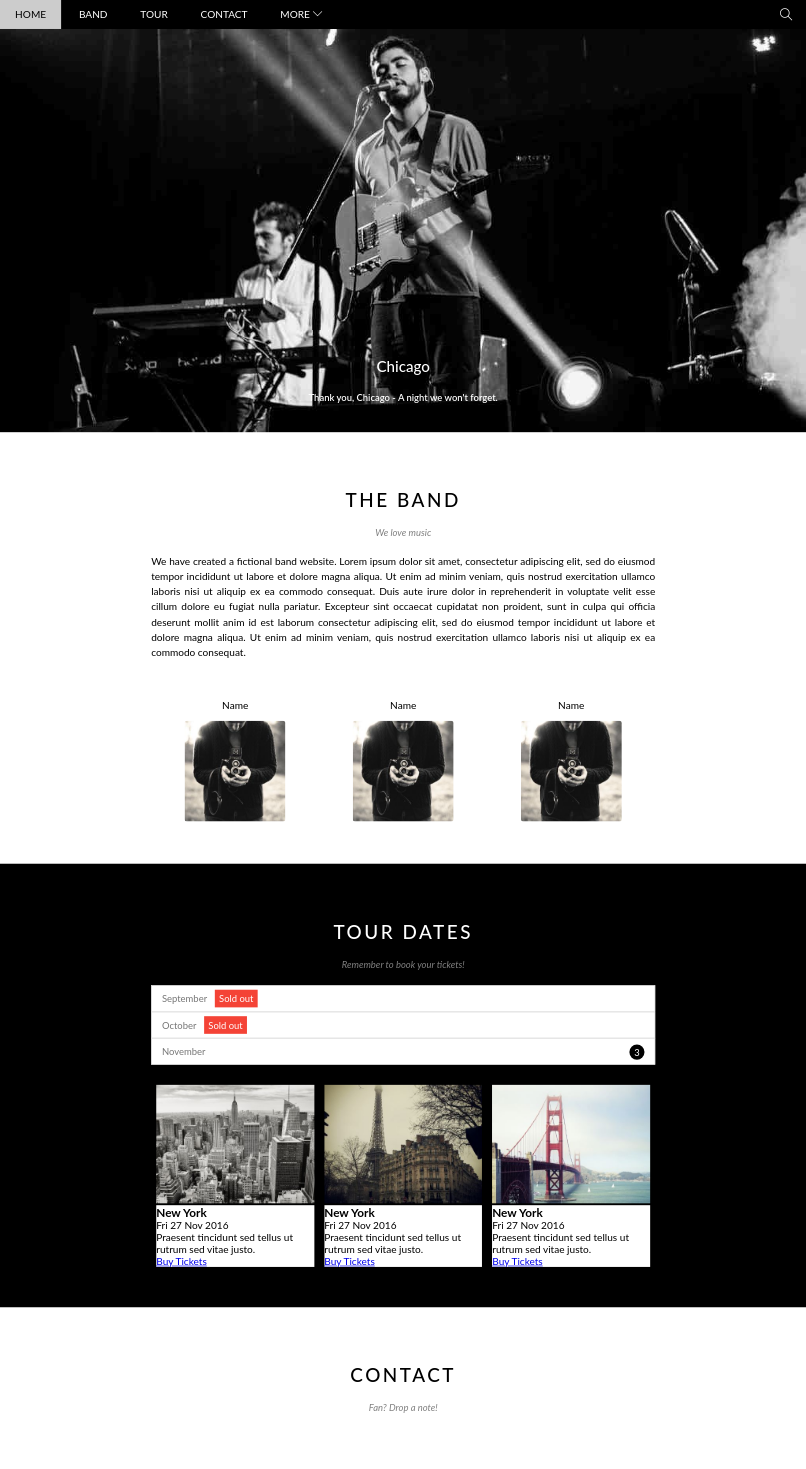
Repository: tatvanhco/web-dau-tay
Page: index.html
The author's editor kept a copy of each file at every save. The page is drawn from the files as they stood at one save, then again after the next save.
The browser window is 1280 px wide. The pictures show the whole page, at 63% of full size.

Above is the page before, as saved 2022-01-23 20:17:27.

After the next save:
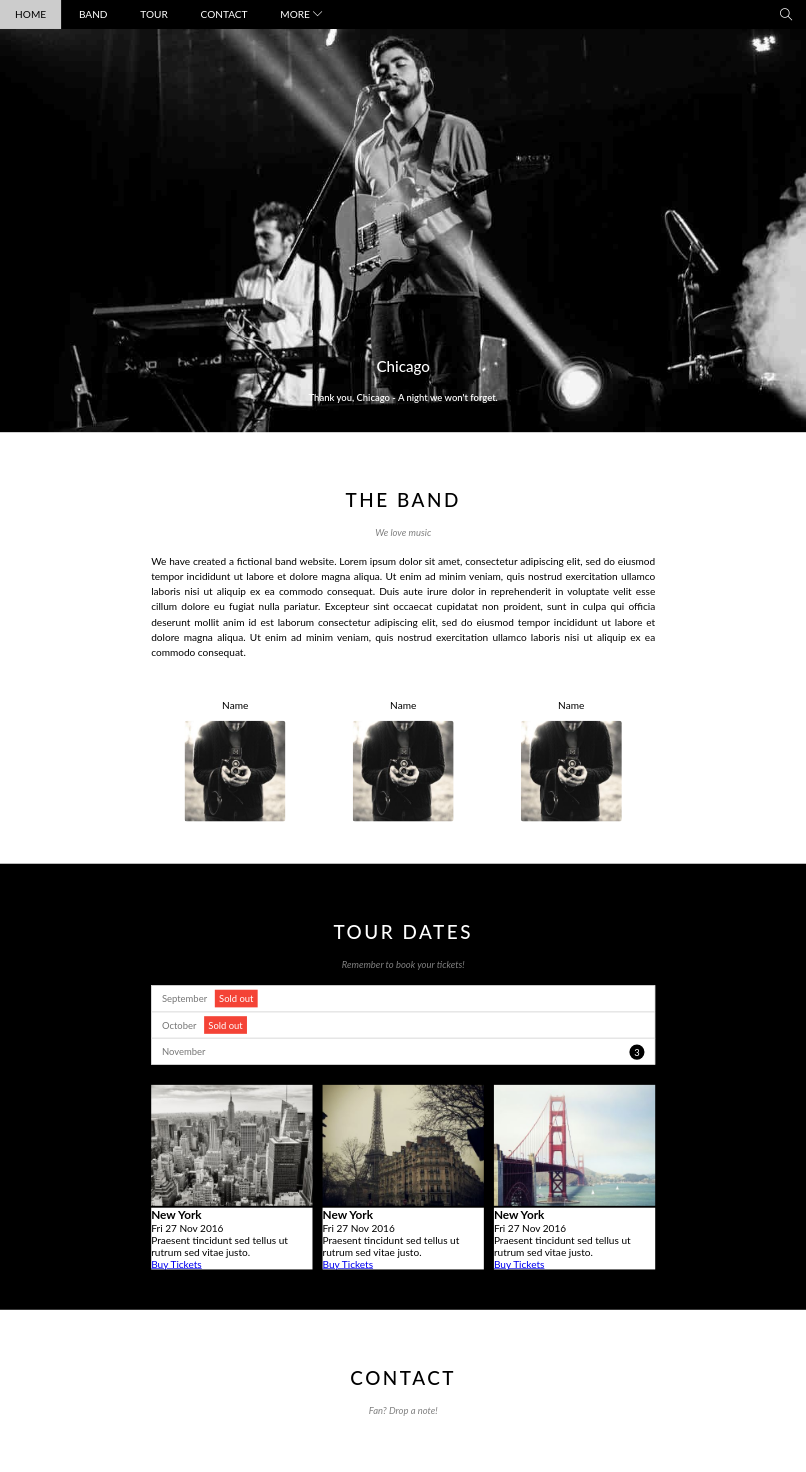
Saved 86 s later.
--- a/assets/css/style.css
+++ b/assets/css/style.css
@@ -213,7 +213,7 @@ body {
 }
 
 .place-list {
-    margin-top: 32px;
+    margin: 32px -8px 0;
 
 }
 
